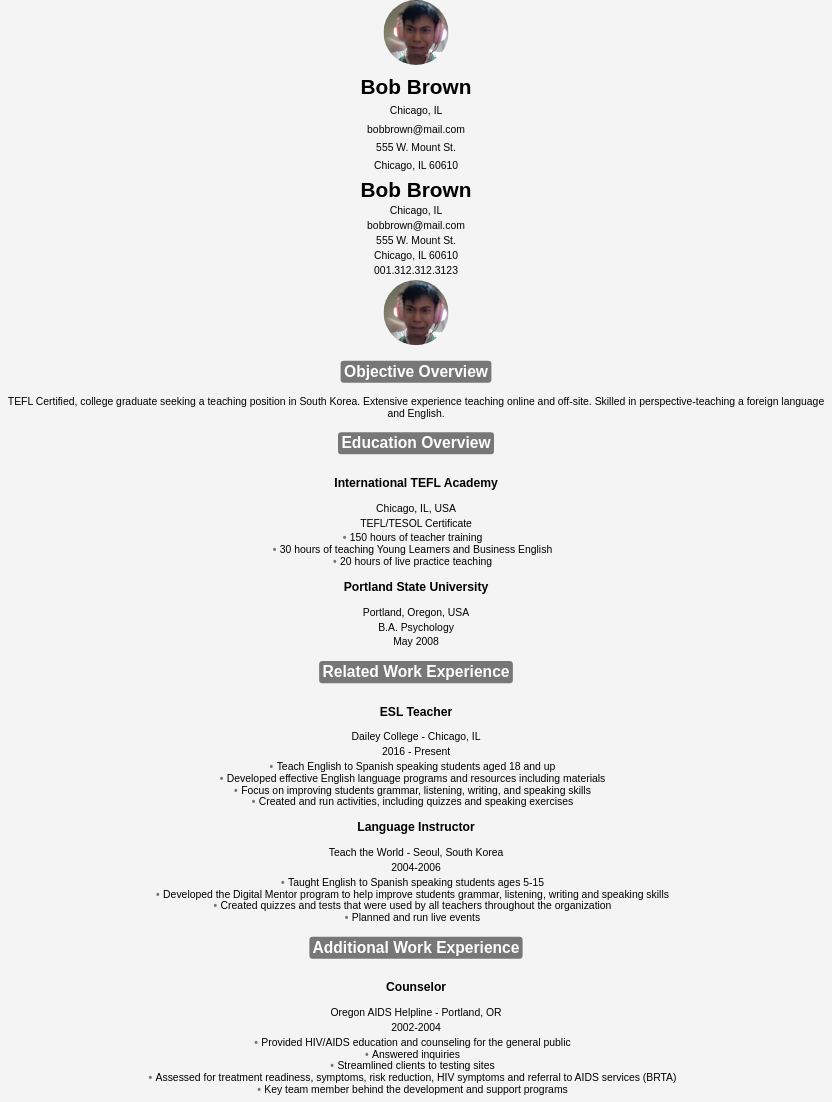
Repository: Gibekkk/WebPro
Page: Tugas Lab 1 (2)/index.html
An editor plug-in stored every save of this project. The page is shown before and after the next save, followed by the edit.
The browser window is 1280 px wide. The pictures show the whole page, at 65% of full size.

Above is the page before, as saved 2024-03-25 13:20:54.

After the next save:
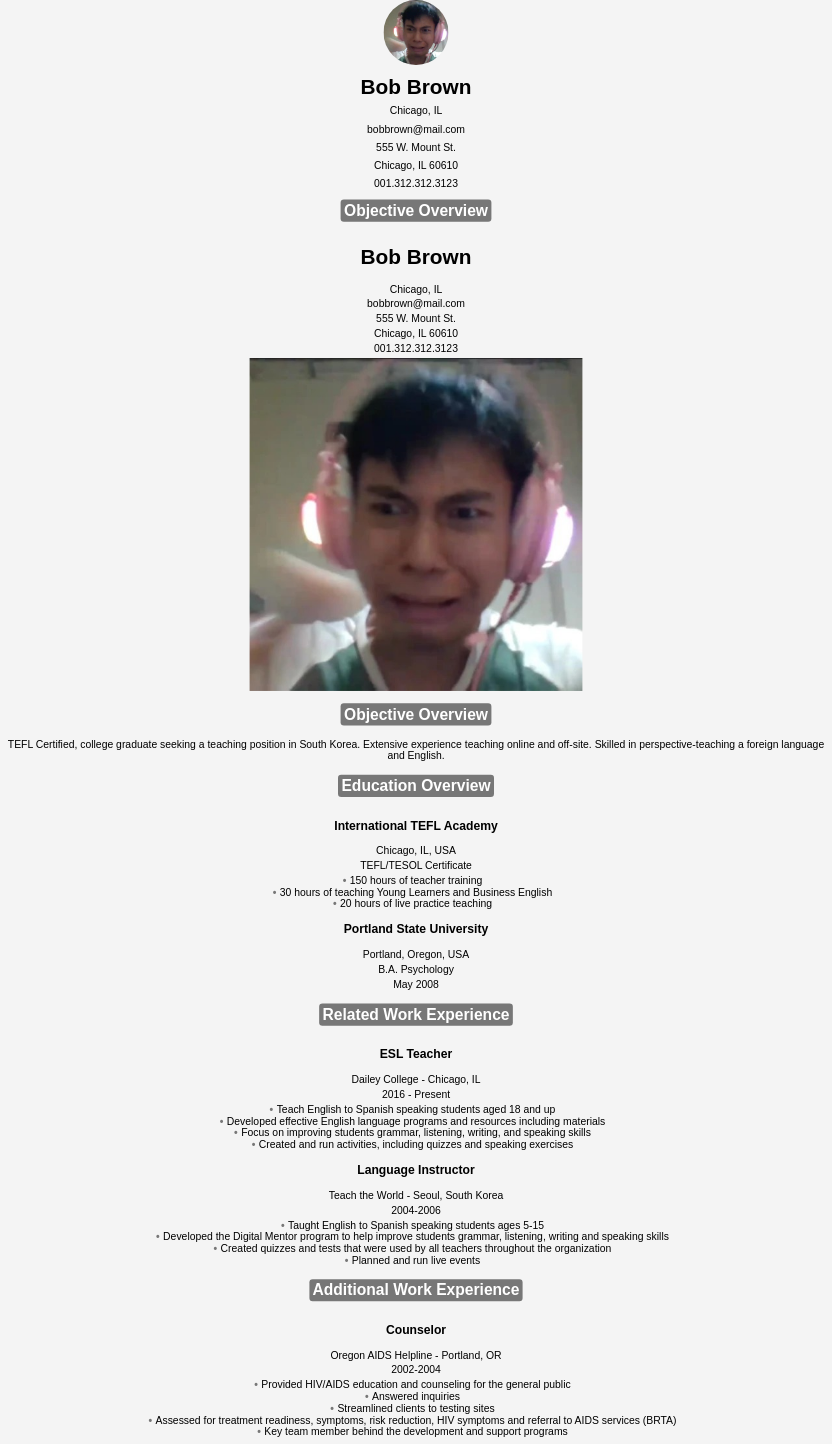
Saved 3 s later.
--- a/Tugas Lab 1 (2)/index.html
+++ b/Tugas Lab 1 (2)/index.html
@@ -67,6 +67,11 @@
     <p>bobbrown@mail.com</p>
     <p>555 W. Mount St.</p>
     <p>Chicago, IL 60610</p>
+    <p>001.312.312.3123</p>
+  </div>
+  <div class="section">
+    <h2 class="section-title">Objective Overview</h2>
+    <div class="section-content">
     <div>
       <h1>Bob Brown</h1>
       <p>Chicago, IL</p>
